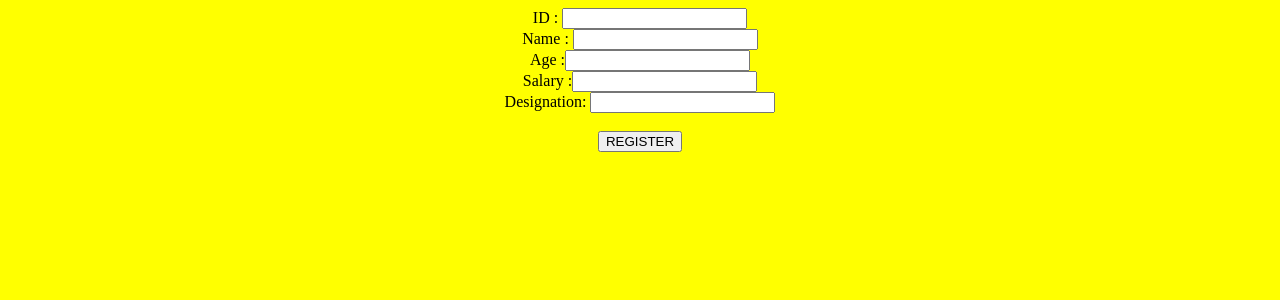
Repository: Thaneshwara848/JSP_Demo
Page: WebDemo1/src/main/webapp/Register.html
The author's editor kept a copy of each file at every save. The page is drawn from the files as they stood at one save, then again after the next save.
The browser window is 1280 px wide. The pictures show the whole page.

Above is the page before, as saved 2022-08-05 16:58:51.

### WebDemo1/src/main/webapp/Register.html
<!DOCTYPE html>
<html>
<head>
<meta charset="UTF-8">
<title>Insert title here</title>
</head>
<body bgColor="yellow">

<Div style="text-align: center;">
	<form action="">

	ID : <input type="text" name="uid"><br>
	Name : <input type="text" name="uname"><br>
	Age :<input type="text" name="uage"><br>
	Salary  :<input type="text" name="usalary"><br>
	Designation: <input type="text" name="udesig"><br> <br>

	<input type="Submit" value="REGISTER">

	</form>
</Div>

</body>
</html>

After the next save:
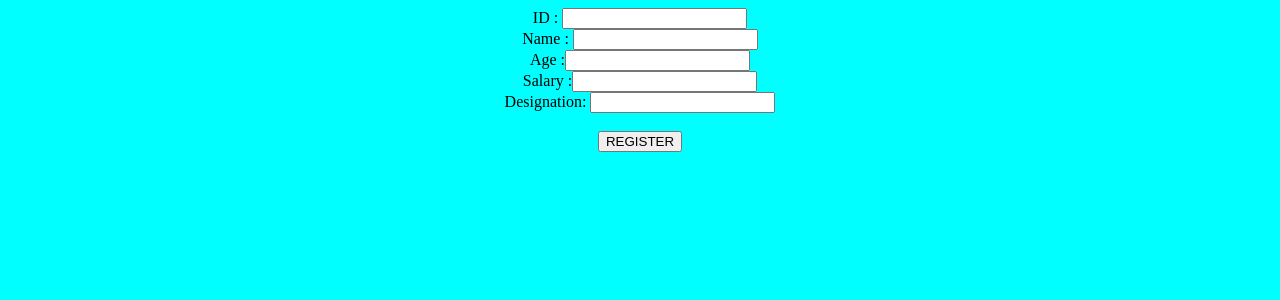
Saved 6 s later.
--- a/WebDemo1/src/main/webapp/Register.html
+++ b/WebDemo1/src/main/webapp/Register.html
@@ -4,7 +4,7 @@
 <meta charset="UTF-8">
 <title>Insert title here</title>
 </head>
-<body bgColor="yellow">
+<body bgColor="cyan">
 
 <Div style="text-align: center;">
 	<form action="">
